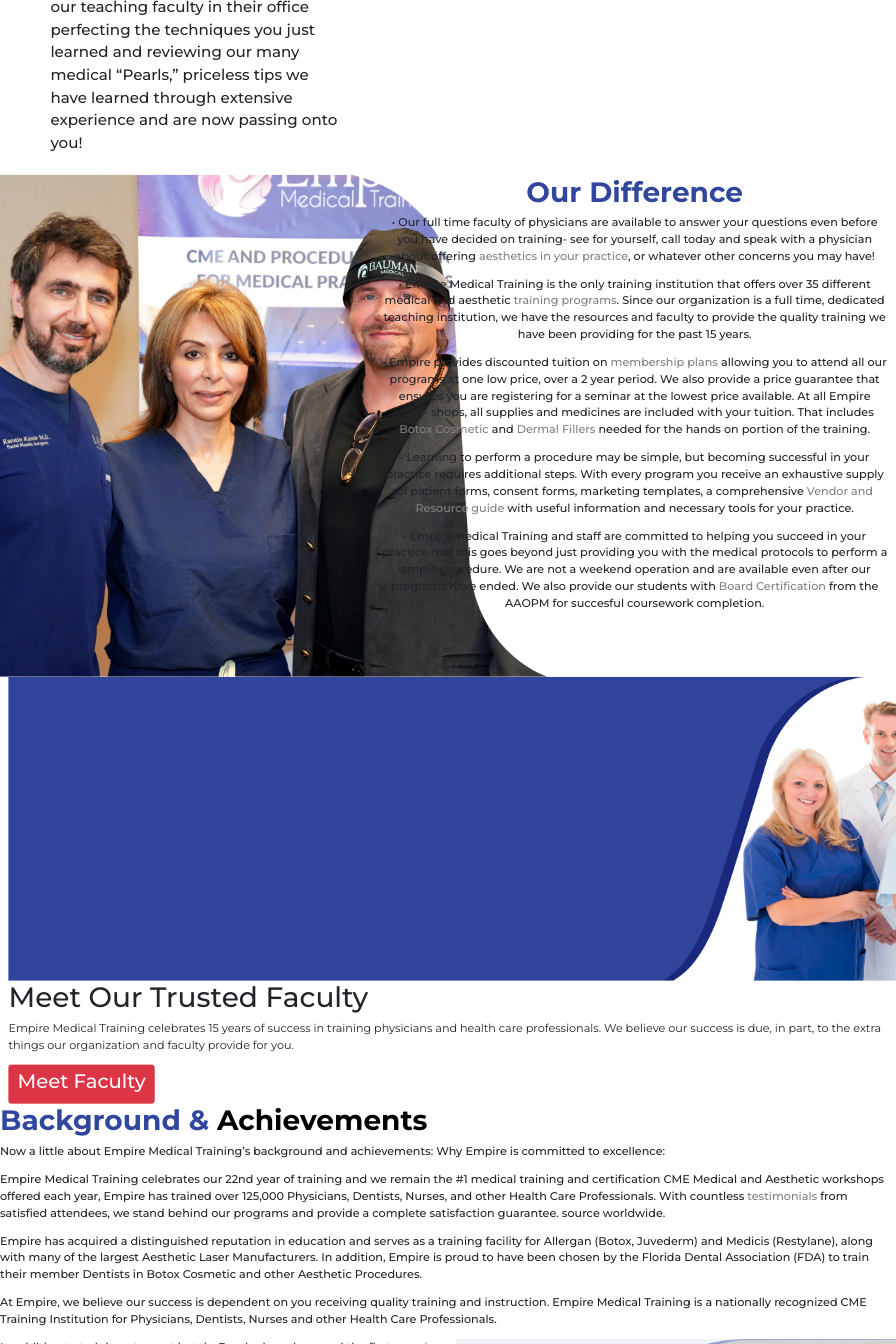
Repository: jorgi710/BODY-CONTOURING-INJECTABLES-AND-ADJUNCT-PROCEDURES
Page: our quarantee/file/src/index.html
These files come from the project's save history. The page is drawn as it stood at one moment and after the next save; the edit follows.
The browser window is 1280 px wide. The pictures show the part of the page from y = 1267 to 3187 px (the page is 6801 px tall before and 6817 px after), at 70% of full size.

Above is the page before, as saved 2021-04-06 09:02:15.

After the next save:
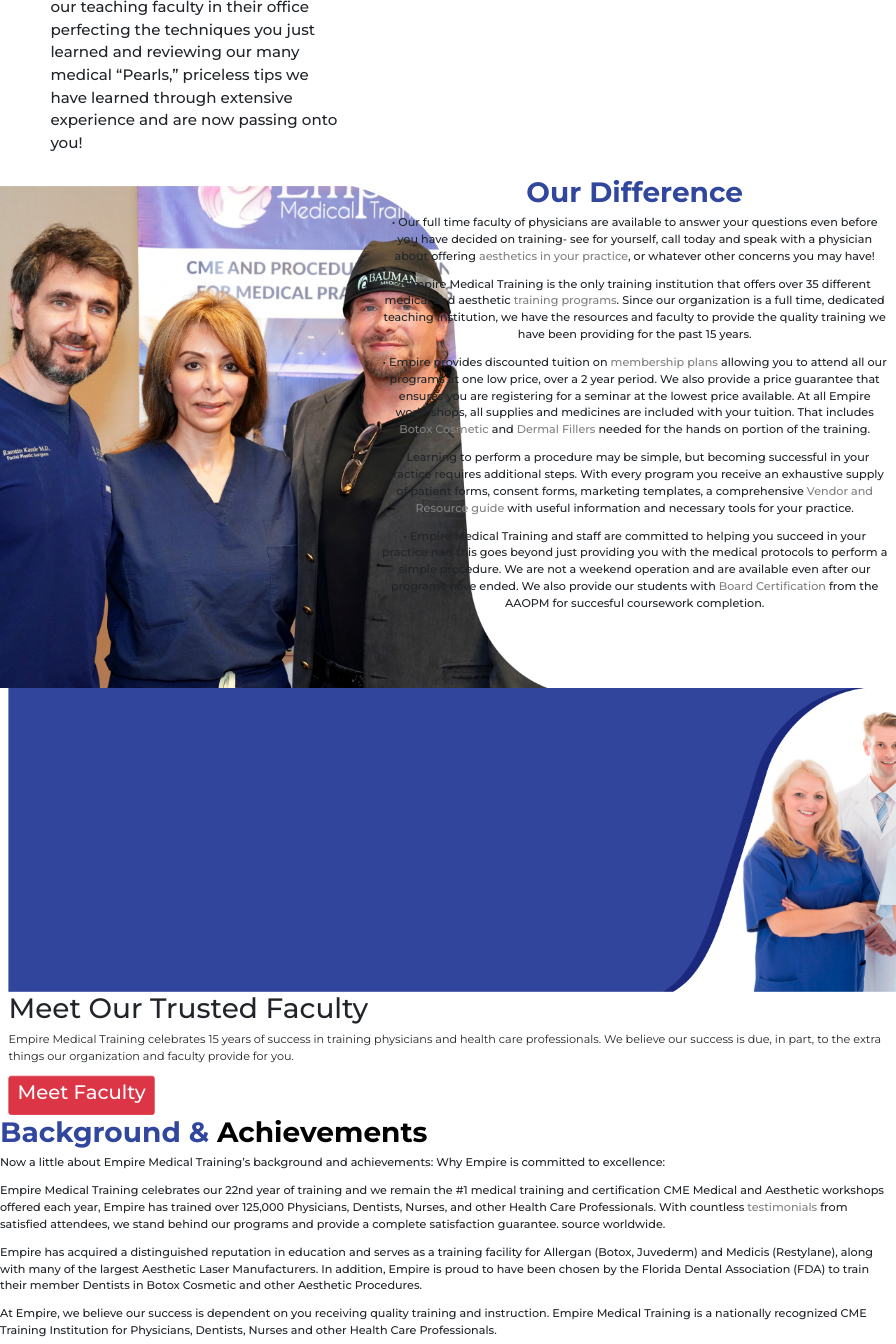
Saved 15 s later.
--- a/our quarantee/file/src/index.html
+++ b/our quarantee/file/src/index.html
@@ -67,7 +67,7 @@
             </div>
           </div>
           <div class="row">
-            <div class="col-sm-12 col-md-5 p-0">
+            <div class="col-sm-12 col-md-5 p-0 mt-3">
               <img
                 src="../assets/section_1_2_web.jpg"
                 alt="Our difference"
